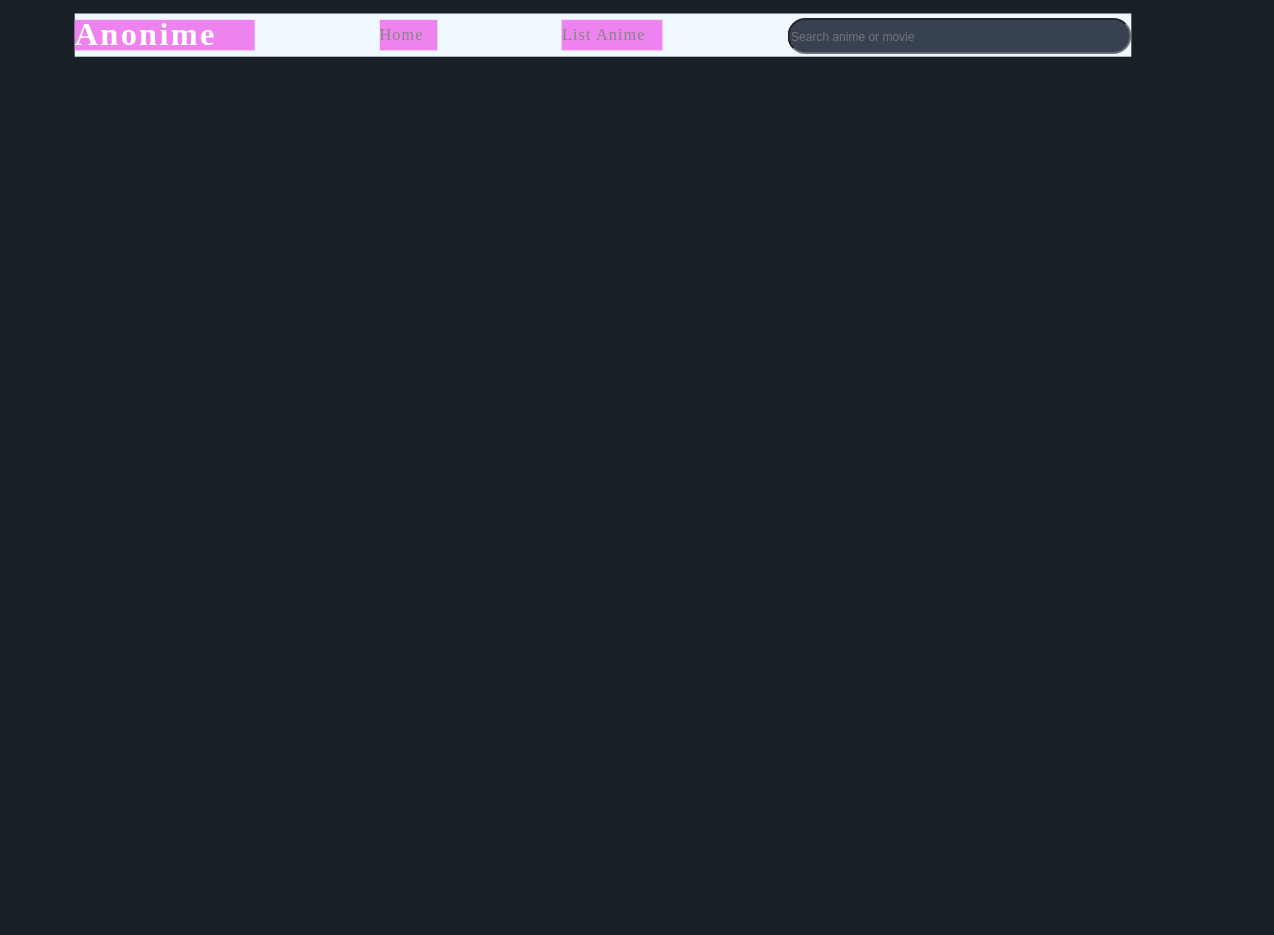
Repository: hieu1802/CIJS-97
Page: / (app in Bài Test giữa khóa/my-app/)
An editor plug-in stored every save of this project. The page is shown before and after the next save, followed by the edit.
The browser window is 1280 px wide. The page is 1416 px wide, so the pictures cover 1416 px, including what lies to the right of the window. The pictures show the whole page, at 90% of full size.
The project was rebuilt for these pictures with package versions that can differ from the ones it lists, and the page was loaded fresh each time.

Above is the page before, as saved 2024-07-26 18:12:36.

### Bài Test giữa khóa/my-app/src/App.jsx

import './App.css';

function App() {
  return (
   <>
    <div className='container'>
      <div className='navbar'>
        <div className='navbarLogo'><h1>Anonime</h1></div>
        <div className='navbarPage'><p>Home</p></div>
        <div className='navbarPage' style={{width:'112px'}}> <p>List Anime</p></div>
        <input className='navbarInput' placeholder='Search anime or movie'/>
      </div>

    </div>
   </>
  )
}

export default App;

### Bài Test giữa khóa/my-app/src/App.css
/**********************RESET CSS******************************/

html, body, div, span, applet, object, iframe,
h1, h2, h3, h4, h5, h6, p, blockquote, pre,
a, abbr, acronym, address, big, cite, code,
del, dfn, em, img, ins, kbd, q, s, samp,
small, strike, strong, sub, sup, tt, var,
b, u, i, center,
dl, dt, dd, ol, ul, li,
fieldset, form, label, legend,
table, caption, tbody, tfoot, thead, tr, th, td,
article, aside, canvas, details, embed,
figure, figcaption, footer, header, hgroup,
menu, nav, output, ruby, section, summary,
time, mark, audio, video {
	margin: 0;
	padding: 0;
	border: 0;
	font-size: 100%;
	font: inherit;
	vertical-align: baseline;
}
/* HTML5 display-role reset for older browsers */
article, aside, details, figcaption, figure,
footer, header, hgroup, menu, nav, section {
	display: block;
}
body {
	line-height: 1;
}
ol, ul {
	list-style: none;
}
blockquote, q {
	quotes: none;
}
blockquote:before, blockquote:after,
q:before, q:after {
	content: '';
	content: none;
}
table {
	border-collapse: collapse;
	border-spacing: 0;
}

/******************************CODE******************************************/
.container{
  width: 1250px;
  height: 1009px;
  background-color: #192026;
  margin: auto;
  padding: 15px 83px
}

.navbar{
  width: 1174px;
  height: 48px;
  background-color: aliceblue;
  display: flex;
  justify-content: space-between;
}
.navbarLogo{
  width: 200px;
  height: 34px;
  background-color:violet;
  margin-top: 7px;
}
.navbarLogo > h1{
  font-family: Poppins;
  font-size: 36px;
  font-weight: 700;
  line-height: 32px;
  letter-spacing: 0.07em;
  text-align: left;
  color: #fff;
}

.navbarPage{
  width: 64px;
  height: 34px;
  background-color:violet;
  margin-top: 7px;
}

.navbarPage > p{
  font-family: Poppins;
  font-size: 18px;
  font-weight: 400;
  line-height: 32px;
  letter-spacing: 0.07em;
  text-align: left;
  color:#868686;
}

.navbarInput{
  width: 374px;
  height: 34px;
  border-radius: 47px;
  margin-top: 5px;
  background-color: #374151;
}

Loaded but not shown: Bài Test giữa khóa/my-app/public/index.html (common file); Bài Test giữa khóa/my-app/src/index.js (common file); Bài Test giữa khóa/my-app/src/index.css (common file); Bài Test giữa khóa/my-app/src/reportWebVitals.js (common file)

After the next save:
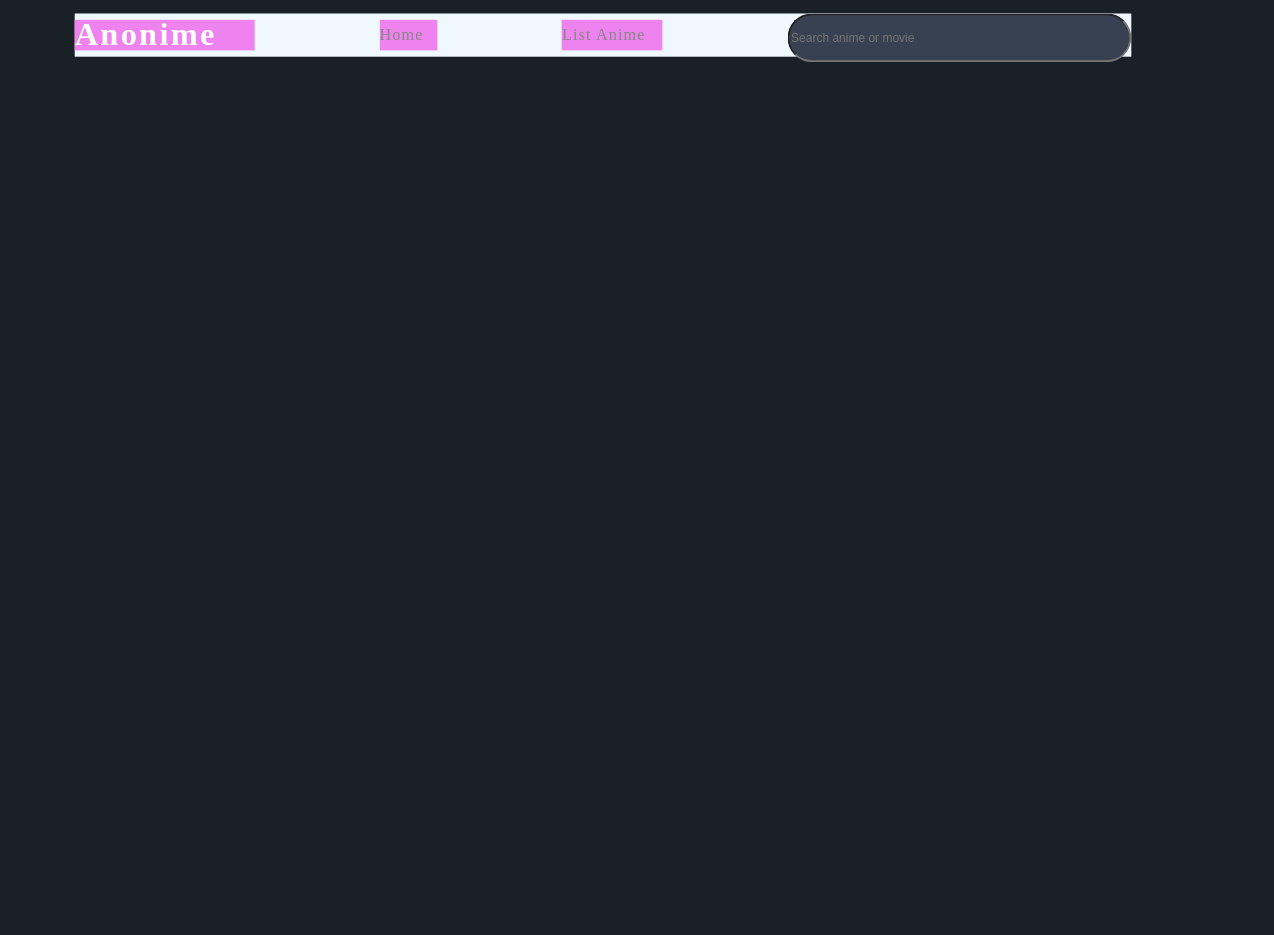
Saved 47 s later.
--- a/Bài Test giữa khóa/my-app/src/App.css
+++ b/Bài Test giữa khóa/my-app/src/App.css
@@ -95,8 +95,7 @@
 
 .navbarInput{
   width: 374px;
-  height: 34px;
+  height: 48px;
   border-radius: 47px;
-  margin-top: 5px;
   background-color: #374151;
 }
